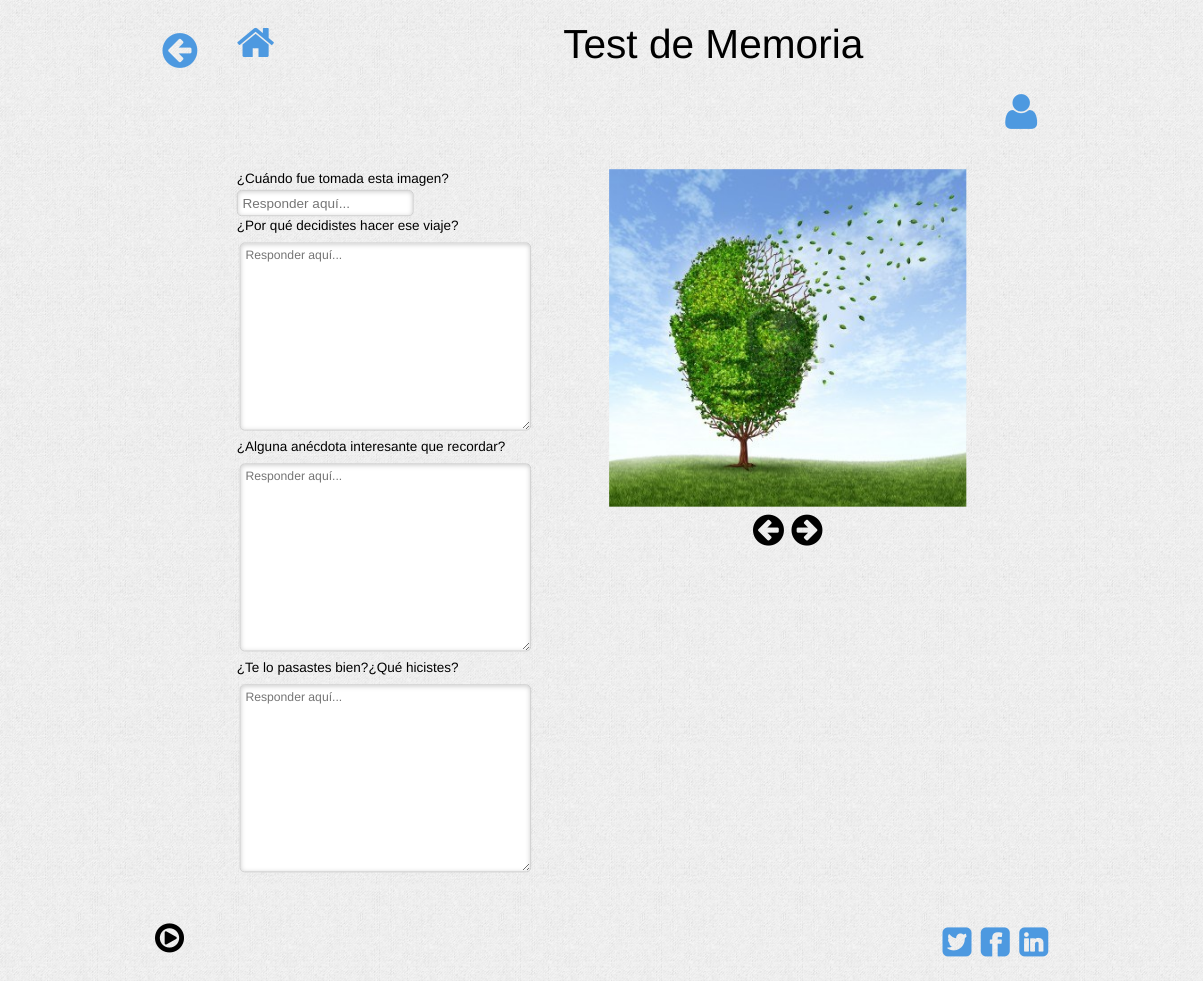
Repository: SCeruso/RememberMe
Page: testmemoria.html
The author's editor kept a record of every edit. The page is drawn from the files as they stood at one moment, then again after the next edit.
The browser window is 1280 px wide. The pictures show the whole page, at 94% of full size.
Some web libraries are served in a nearby version.

Above is the page before.

After the next edit:
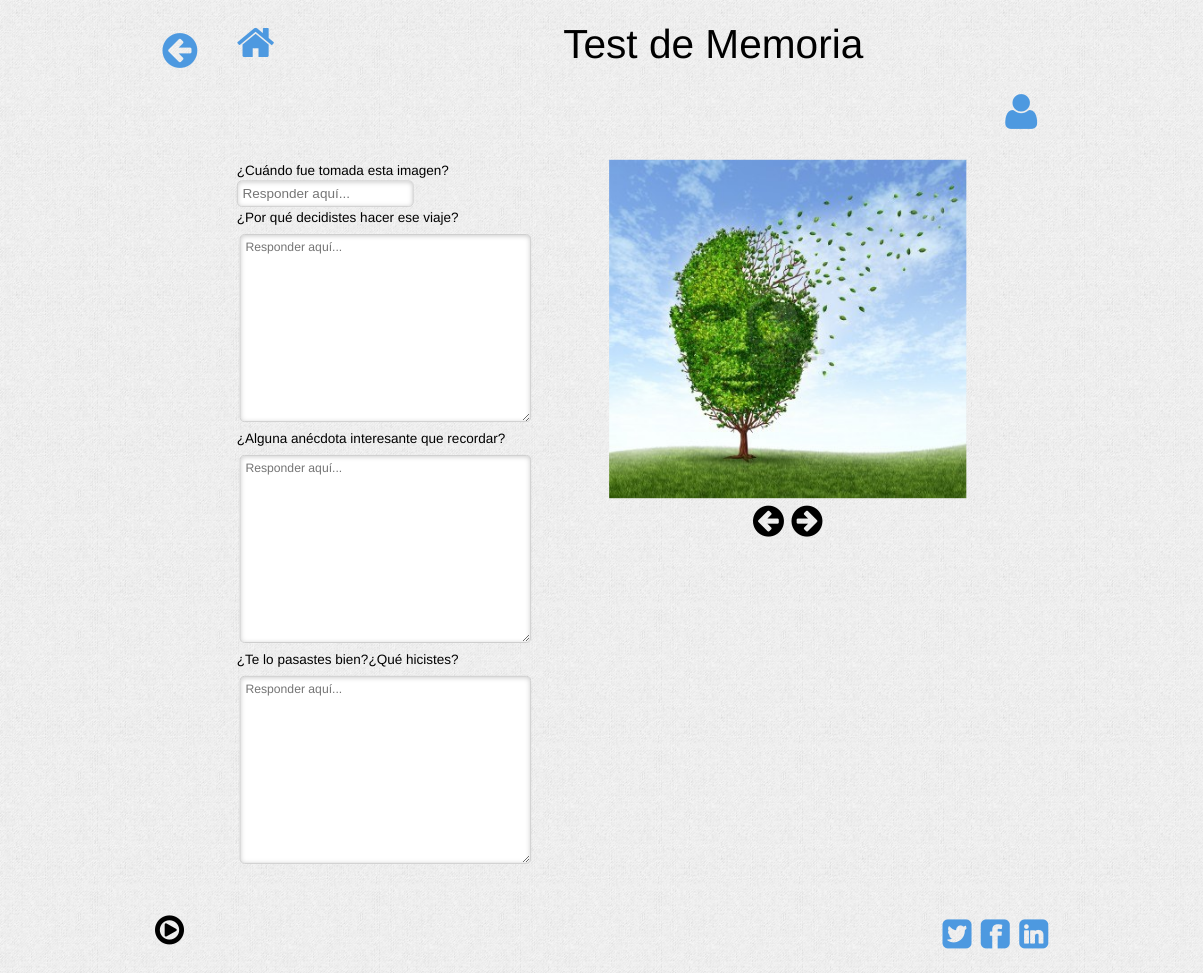
The edit:
--- a/testmemoria.html
+++ b/testmemoria.html
@@ -40,6 +40,7 @@
         		<a href = "perfil.html">
                 <i class="icon-user icon-border pull-right" title="Mi perfil"></i>
 		</a>
+		</h2>
 		<br>
     </div>
 
